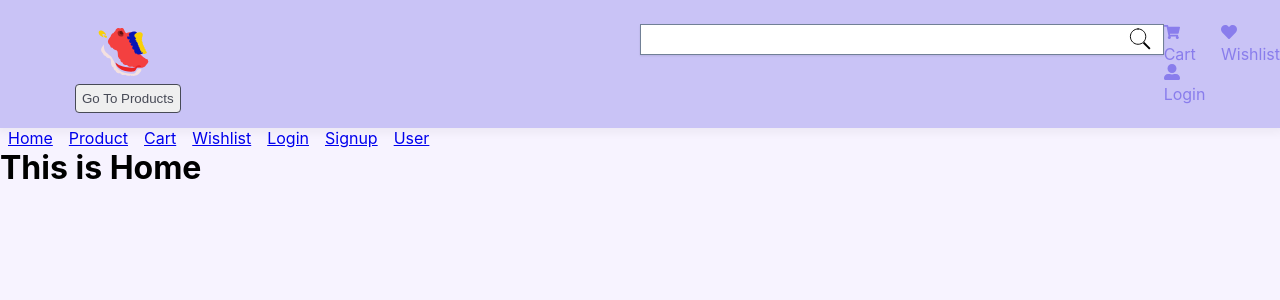
Repository: Irfan-vit/shoecase
Page: /
These files come from the project's save history. The page is drawn as it stood at one moment and after a run of saves; the edit follows.
The browser window is 1280 px wide. The pictures show the whole page.
The page's requests for data from a server got no answer. The project was rebuilt for these pictures with package versions that can differ from the ones it lists, and the page was loaded fresh each time. No one was signed in, and anything a server would have sent is missing. Also part of the build but not shown: src/pages/Product/ProductPage.jsx, src/pages/cart/CartPage.jsx, src/pages/wishlist/WishlistPage.jsx, src/pages/login/LoginPage.jsx, src/pages/signup/SignupPage.jsx, src/pages/user/StyledUser.jsx, src/components/forms/addAddress/AddAddress.jsx, src/components/forms/editAddress/EditAddress.jsx and 4 more.

Above is the page before, as saved 2023-05-22 04:41:04.

After the next 2 saves:
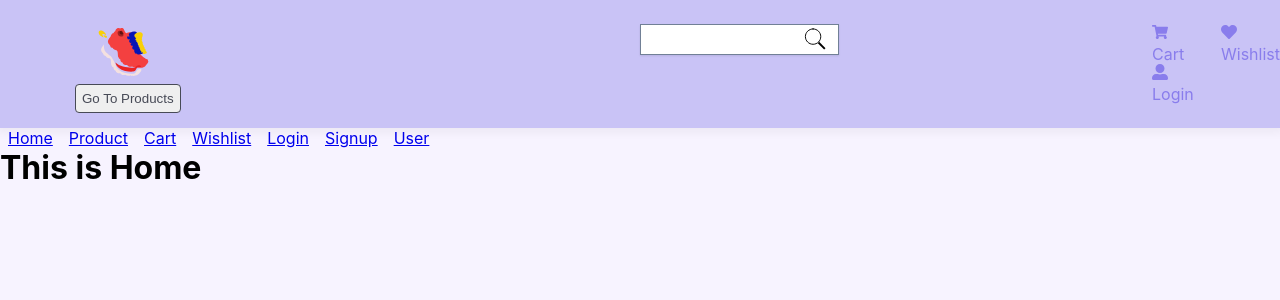
The 2 saves are shown as one change because they came seconds apart.
The last was saved 13 s later.
--- a/src/styles/NavBarStyles.jsx
+++ b/src/styles/NavBarStyles.jsx
@@ -27,8 +27,8 @@ const StyledNav = styled.nav`
   > :nth-child(2) {
     display: flex;
     justify-content: space-between;
+    flex-basis: 90%;
     > :nth-child(1) {
-      flex-basis: 90%;
     }
     > :nth-child(2) {
       flex-basis: 20%;
